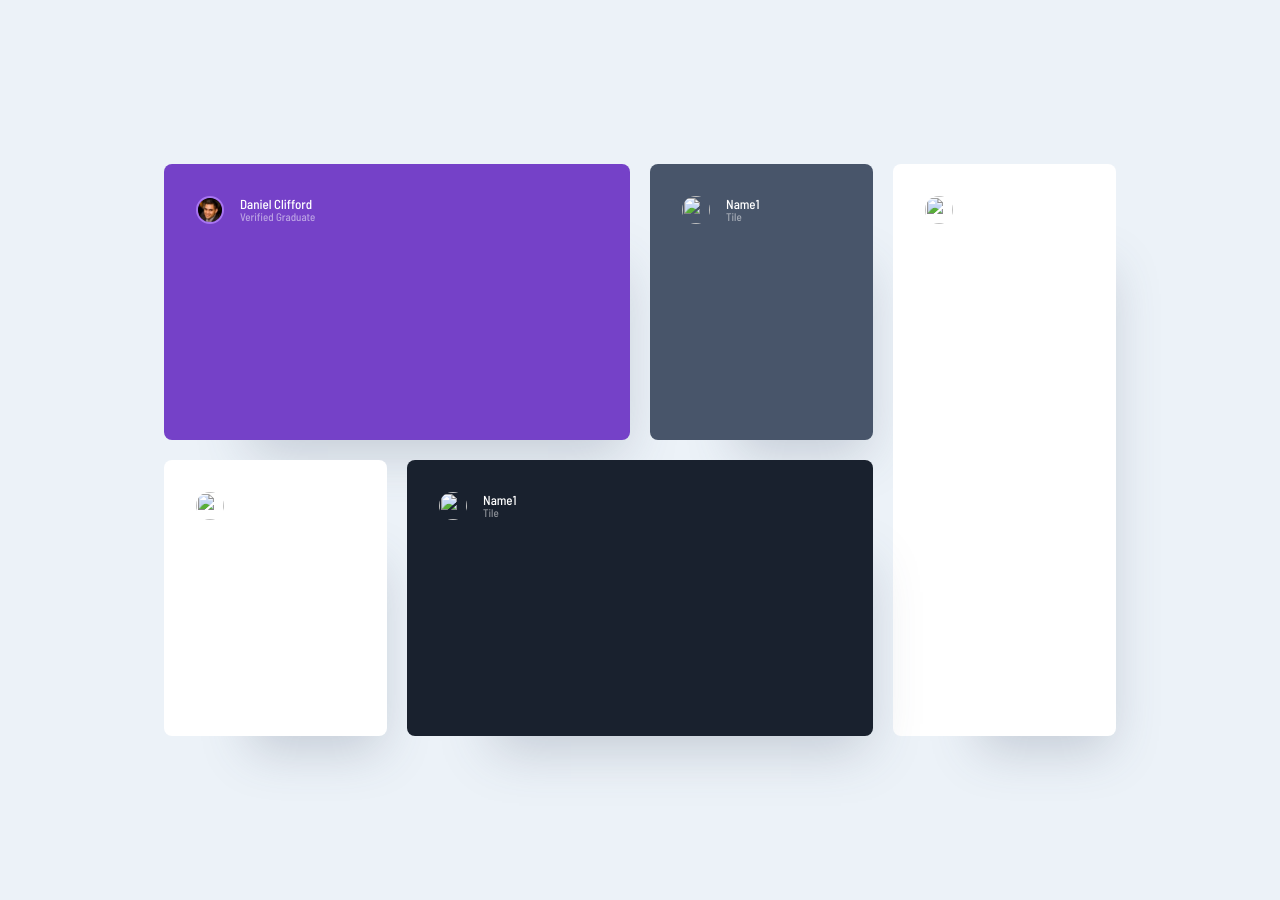
Repository: brandontaylor1/testimonial-card
Page: index.html
The author's editor kept a copy of each file at every save. The page is drawn from the files as they stood at one save, then again after the next save.
The browser window is 1280 px wide. The pictures show the whole page.

Above is the page before, as saved 2025-01-10 23:49:57.

After the next save:
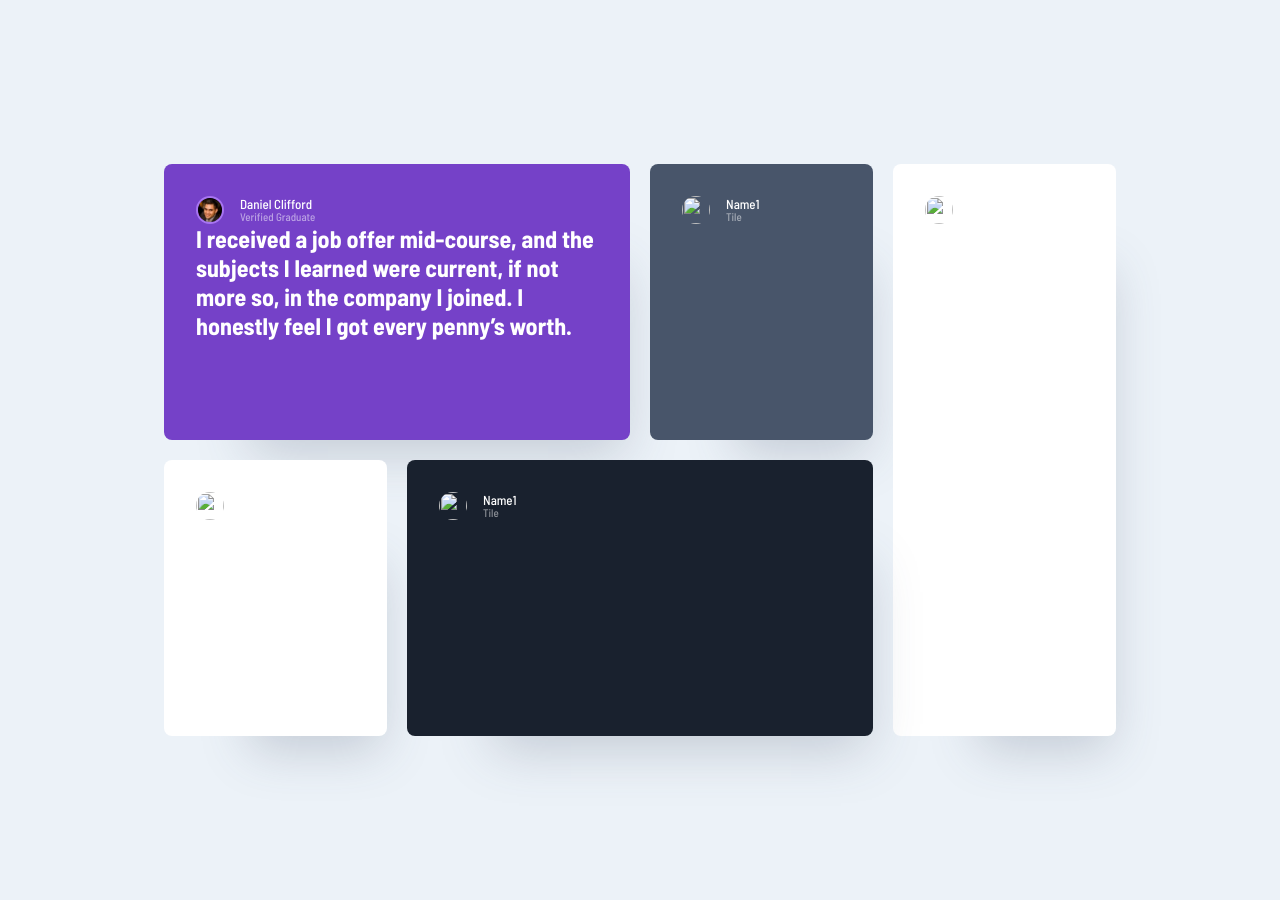
Saved 32 s later.
--- a/index.html
+++ b/index.html
@@ -20,7 +20,7 @@
                         <p>Verified Graduate</p>
                     </div>
                 </div>
-                <h1 class="card-heading"></h1>
+                <h1 class="card-heading">I received a job offer mid-course, and the subjects I learned were current, if not more so, in the company I joined. I honestly feel I got every penny’s worth.</h1>
                 <h2 class="card-subheading"></h2>
             </div>
             <div class="card" id="card-2">
